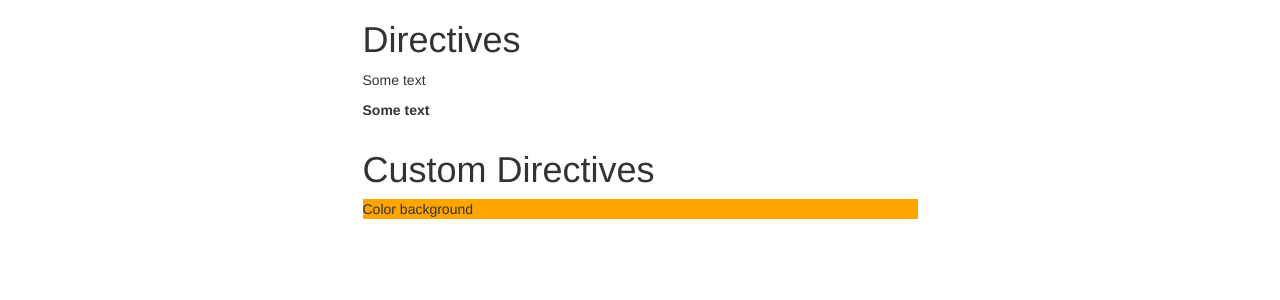
Repository: wojkos/Learn
Page: / (app in Vue/module12/)
An editor plug-in stored every save of this project. The page is shown before and after the next save, followed by the edit.
The browser window is 1280 px wide. The pictures show the whole page.
The project was rebuilt for these pictures with package versions that can differ from the ones it lists, and the page was loaded fresh each time. Also part of the build but not shown: Vue/module12/webpack.config.js.

Above is the page before, as saved 2018-05-17 22:05:21.

After the next save:
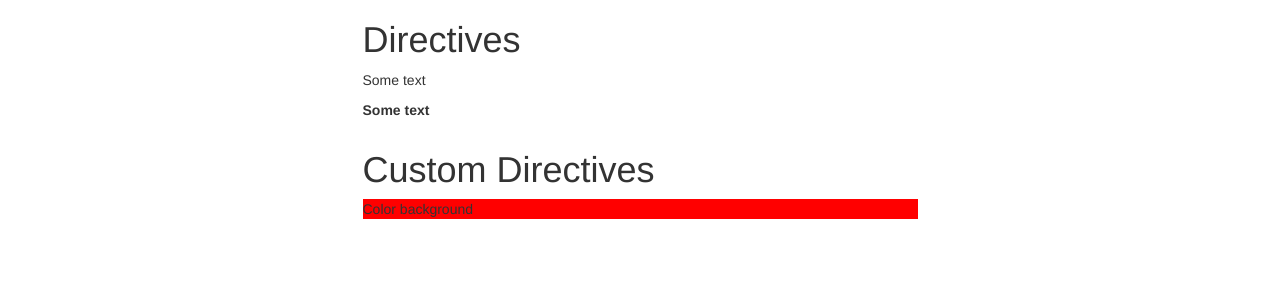
Saved 13 s later.
--- a/Vue/module12/src/App.vue
+++ b/Vue/module12/src/App.vue
@@ -11,7 +11,7 @@
         <div class="row">
             <div class="col-xs-12 col-sm-8 col-sm-offset-2 col-md-6 col-md-offset-3">
                 <h1>Custom Directives</h1>
-                <p v-highlight="'orange'">Color background</p>
+                <p v-highlight="'red'">Color background</p>
 
 
             </div>

After the save that followed:
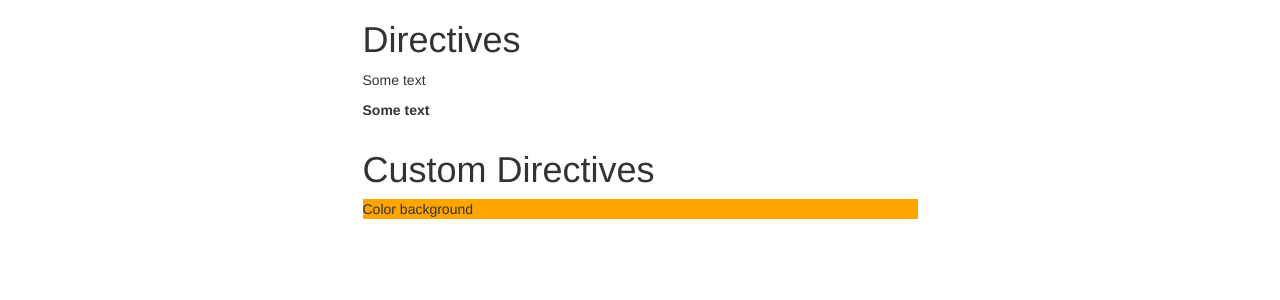
Saved 6 s later.
--- a/Vue/module12/src/App.vue
+++ b/Vue/module12/src/App.vue
@@ -11,7 +11,7 @@
         <div class="row">
             <div class="col-xs-12 col-sm-8 col-sm-offset-2 col-md-6 col-md-offset-3">
                 <h1>Custom Directives</h1>
-                <p v-highlight="'red'">Color background</p>
+                <p v-highlight="'orange'">Color background</p>
 
 
             </div>
